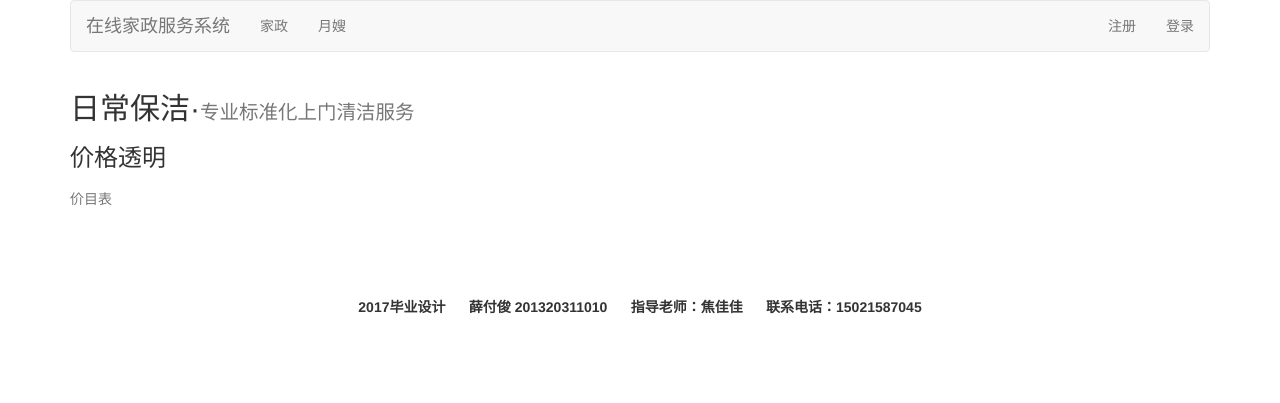
Repository: ELeonCXFJ/MyEclipseWS
Page: http://localhost/MyWeb/jsps/product/keeper/dailywork.jsp
An editor plug-in stored every save of this project. The page is shown before and after the next save, followed by the edit.
The browser window is 1280 px wide. The pictures show the whole page.
The page is served by Tomcat 9. Nobody is signed in. The application's start-up code is not run.

Above is the page before, as saved 2017-03-21 04:50:54.

After the next save:
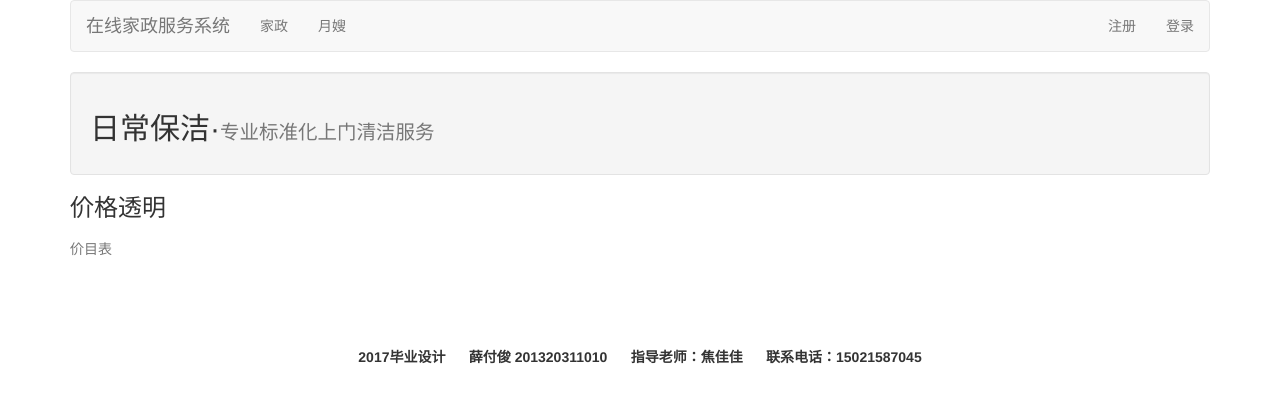
Saved 10 s later.
--- a/MyWeb/WebRoot/jsps/product/keeper/dailywork.jsp
+++ b/MyWeb/WebRoot/jsps/product/keeper/dailywork.jsp
@@ -18,7 +18,7 @@
 	<c:import url="/top.jsp" />
 
 		<div class="col-lg-12 col-md-12 col-xs-12 col-sm-12">
-			<div><h2>日常保洁·<small>专业标准化上门清洁服务</small></h2></div>
+			<div class="well"><h2>日常保洁·<small>专业标准化上门清洁服务</small></h2></div>
 			<h3>价格透明</h3>
 			<table class="table table-bordered">
 				<caption>价目表</caption>

After the 2 saves that followed:
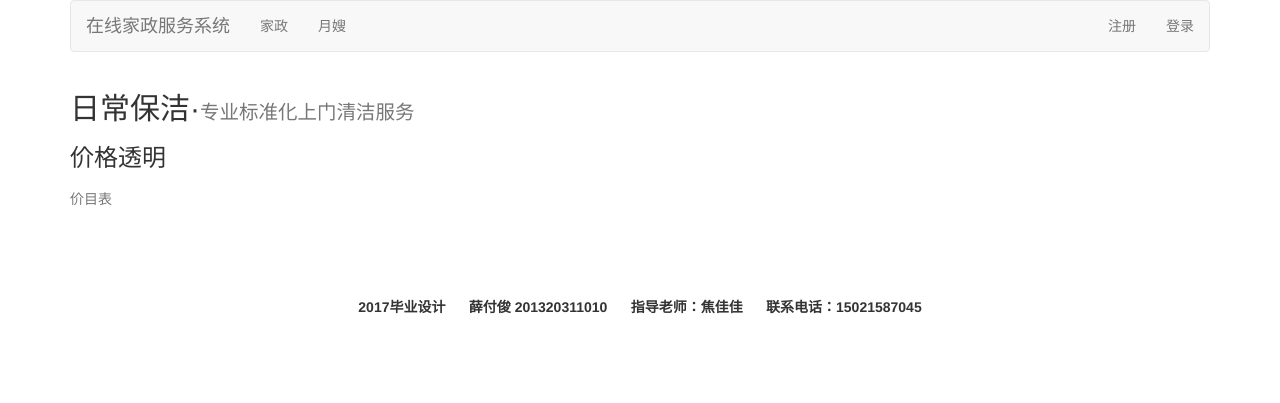
The 2 saves are shown as one change because they came seconds apart.
The last was saved 31 s later.
--- a/MyWeb/WebRoot/jsps/product/keeper/dailywork.jsp
+++ b/MyWeb/WebRoot/jsps/product/keeper/dailywork.jsp
@@ -18,7 +18,7 @@
 	<c:import url="/top.jsp" />
 
 		<div class="col-lg-12 col-md-12 col-xs-12 col-sm-12">
-			<div class="well"><h2>日常保洁·<small>专业标准化上门清洁服务</small></h2></div>
+			<h2>日常保洁·<small>专业标准化上门清洁服务</small></h2>
 			<h3>价格透明</h3>
 			<table class="table table-bordered">
 				<caption>价目表</caption>
